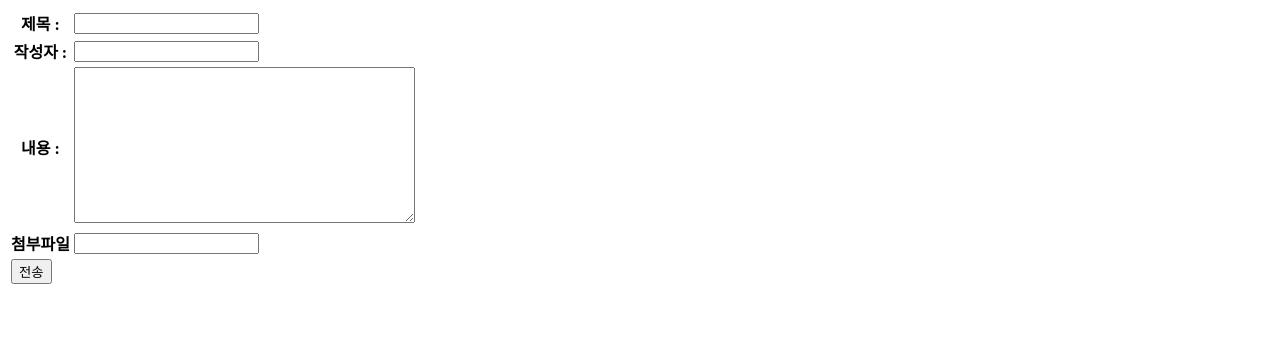
Repository: Shinhan1/shinhan
Page: http://localhost/web_goott/w20200319/fileWrite.jsp
The author's editor kept a copy of each file at every save. The page is drawn from the files as they stood at one save, then again after the next save.
The browser window is 1280 px wide. The pictures show the whole page.
The page is served by Tomcat 9. Other server files are loaded and not shown.

Above is the page before, as saved 2020-03-19 01:06:31.

### web_goott/WebContent/w20200319/fileWrite.jsp
<%@ page language="java" contentType="text/html; charset=UTF-8"
    pageEncoding="UTF-8"%>
<!DOCTYPE html>
<html>
<head>
<meta charset="UTF-8">
<title>fileWrite.jsp</title>
</head>
<body>
	<!-- 파일 전송(업로드) 기능 구현 -->
	<form action="fileWriteOk.jsp">
		<table>
			<tr>
				<th>제목 : </th>
				<td><input type="text" name="title" id="" /></td>
			</tr>
			<tr>
				<th>작성자 : </th>
				<td><input type="text" name="writer" id=""/></td>
			</tr>
			<tr>
				<th>내용 : </th>
				<td><textarea name="contents" id="" cols="40" rows="10"></textarea></td>
			</tr>
			<tr>
				<th>첨부파일</th>
				<td><input type="text" name="fileName" id=""/></td>
			</tr>
			<tr>
				<td colspan="2">
					<input type="submit" value="전송" />
				</td>
			</tr>
		</table>

	</form>



</body>
</html>

After the next save:
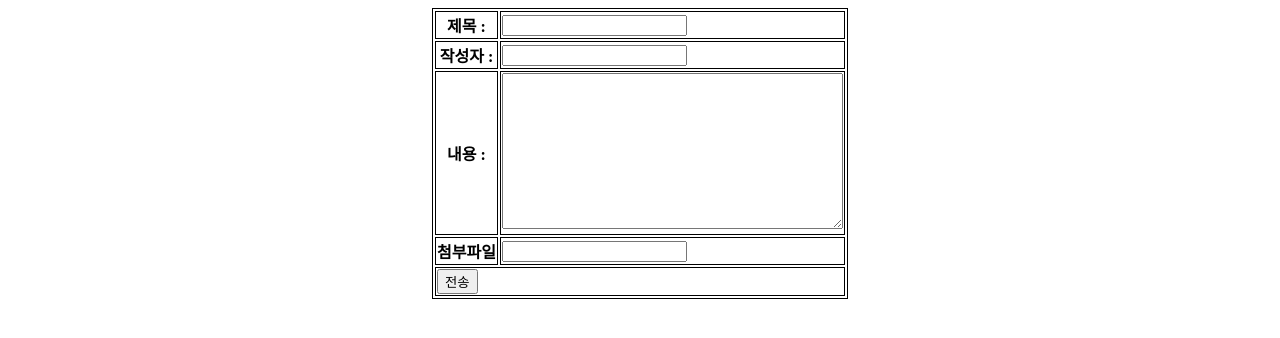
Saved 40 s later.
--- a/web_goott/WebContent/w20200319/fileWrite.jsp
+++ b/web_goott/WebContent/w20200319/fileWrite.jsp
@@ -5,6 +5,16 @@
 <head>
 <meta charset="UTF-8">
 <title>fileWrite.jsp</title>
+<style type="text/css">
+	table {
+		margin: 0 auto;
+	}
+
+
+	table, tr, th, td {
+		border: 1px solid black;
+	}
+</style>
 </head>
 <body>
 	<!-- 파일 전송(업로드) 기능 구현 -->
